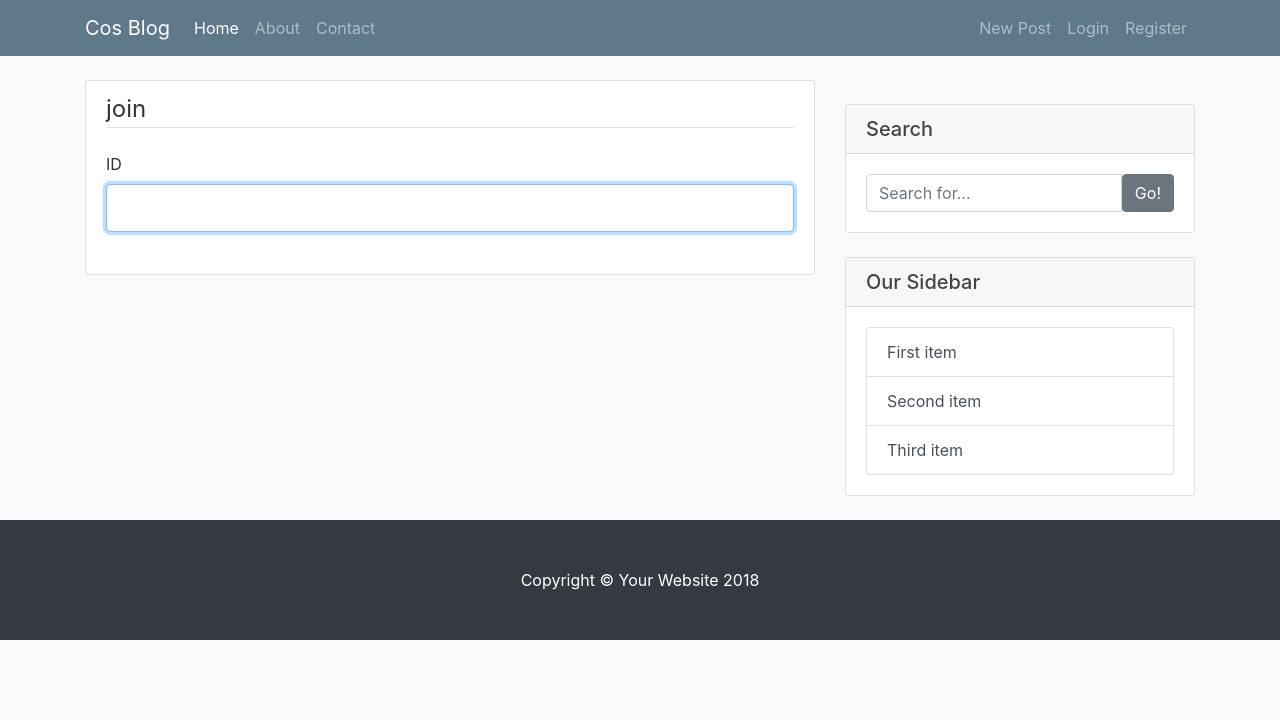
Repository: DogyeKing/blog
Page: http://localhost/blog/member/joinForm.jsp
An editor plug-in stored every save of this project. The page is shown before and after the next save, followed by the edit.
The browser window is 1280 px wide. The pictures show the whole page.
The page is served by Tomcat 9.

Above is the page before, as saved 2018-08-02 05:33:30.

After the next save:
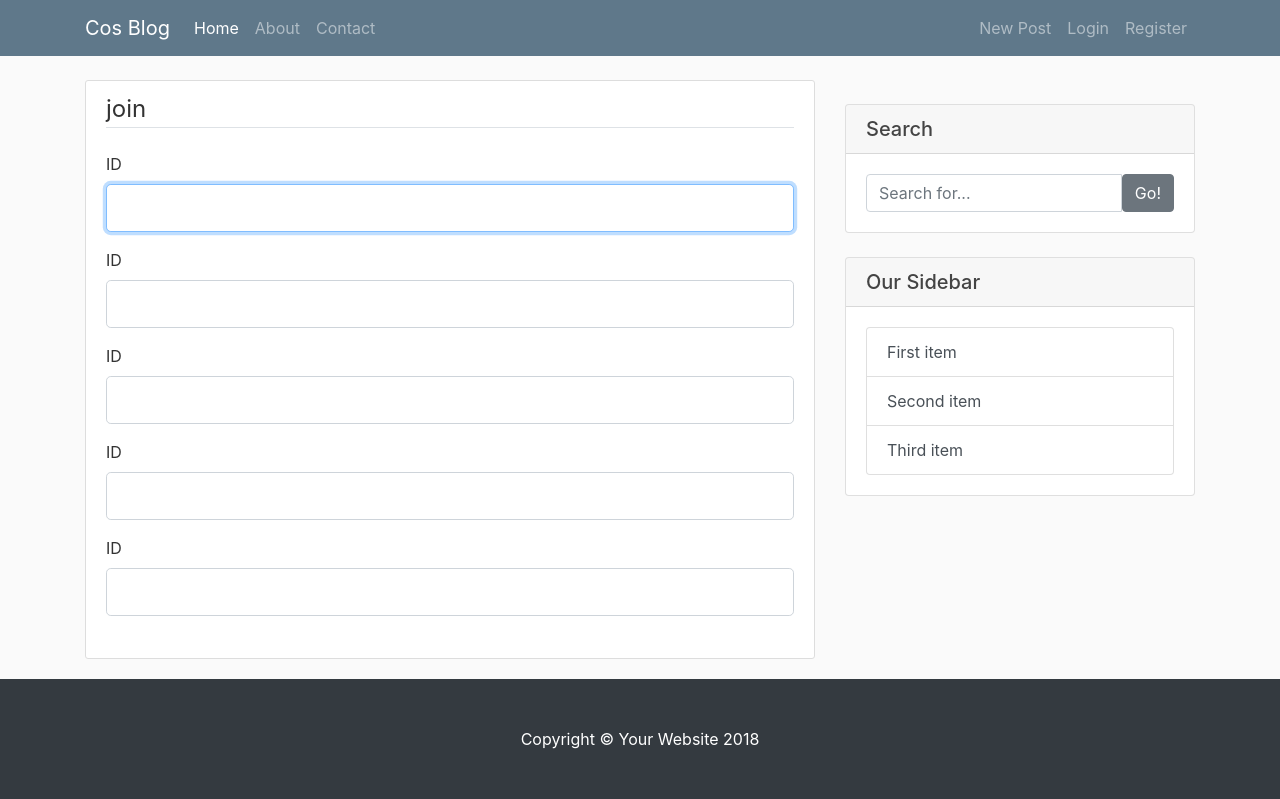
Saved 50 s later.
--- a/blog/blog/WebContent/member/joinForm.jsp
+++ b/blog/blog/WebContent/member/joinForm.jsp
@@ -36,10 +36,30 @@
 		<fieldset class="form-group">
 			<legend class="border-bottom mb-4">join</legend>
 			<div class="form-group">
-			<label class="form-control-label">ID</label>
-			<input class="form-control form-control-lg" type="text" name="id" maxlength="20" required autofocus>
+  			<label class="form-control-label">ID</label>
+		  	<input class="form-control form-control-lg" type="text" name="id" maxlength="20" required autofocus>
+			</div>
 
+			<div class="form-group">
+				<label class="form-control-label">ID</label>
+				<input class="form-control form-control-lg" type="text" name="id" maxlength="20" required autofocus>
 			</div>
+
+			<div class="form-group">
+				<label class="form-control-label">ID</label>
+				<input class="form-control form-control-lg" type="text" name="id" maxlength="20" required autofocus>
+			</div>
+
+			<div class="form-group">
+				<label class="form-control-label">ID</label>
+				<input class="form-control form-control-lg" type="text" name="id" maxlength="20" required autofocus>
+			</div>
+
+			<div class="form-group">
+				<label class="form-control-label">ID</label>
+				<input class="form-control form-control-lg" type="text" name="id" maxlength="20" required autofocus>
+			</div>
+
 		</fieldset>
 	</form>
 	</div>
